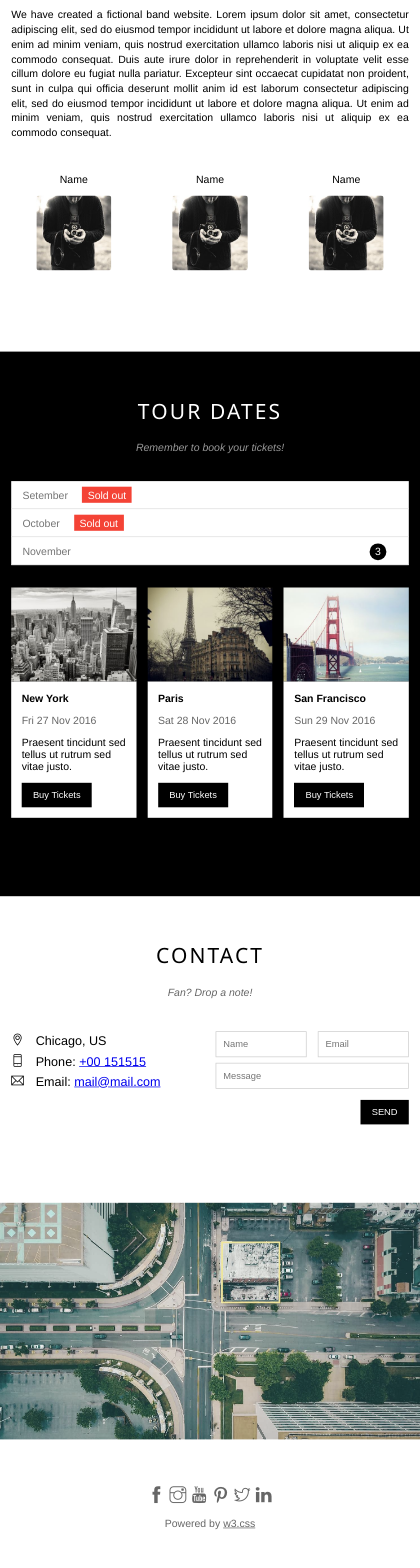
Repository: Lehau79/w3_band
Page: index.html
An editor plug-in stored every save of this project. The page is shown before and after the next save, followed by the edit.
The browser window is 600 px wide. The pictures show the part of the page from y = 496 to 2736 px (the page is 2744 px tall before and 5318 px after), at 70% of full size.

Above is the page before, as saved 2021-11-21 16:48:31.

### index.html
<!DOCTYPE html>
<html lang="en">
<head>
    <meta charset="UTF-8">
    <meta http-equiv="X-UA-Compatible" content="IE=edge">
    <meta name="viewport" content="width=device-width, initial-scale=1.0">
    <title>THE BAND</title>
    <link rel="icon" href="#" type="image/x-icon" />
    <link rel="stylesheet" href="./assets/css/style.css">
    <link rel="stylesheet" href="./assets/css/responsive.css">
    <link rel="stylesheet" href="/assets/font/themify-icons/themify-icons.css">
</head>
<body>
    <div id="main">
        <div id="header">
            <!-- Beign: Nav -->
            <ul id="nav">
                <li><a href="#">Home</a></li>
                <li><a href="#band">Band</a></li>
                <li><a href="#tour">Tour</a></li>
                <li><a href="#contain">Contact</a></li>
                <li>
                    <a href="#">
                        More
                    <i class="nav-arrow-down ti-angle-down"></i>
                    </a>
                    <ul class="subnav">
                        <li><a href="#">Merchandise</a></li>
                        <li><a href="#">Extras</a></li>
                        <li><a href="#">Media</a></li>
                    </ul>
                </li>
            </ul>
            <!-- End: Nav -->

            <!-- Begin: Search button -->
                <div class="search-btn">
                    <i class="search-icon ti-search"></i>
                </div>
            <!-- End: Search button -->

            <!-- Begin: Mobile-menu-btn -->
            <div id="mobile-menu" class="mobile-menu-btn">
                <i class="menu-icon ti-menu"></i>
            </div>
            <!-- End: Mobile-menu-btn -->

        </div>
            <!-- Begin: Slider-->
        <div id="slider">
            <div class="text-content">
                <h2 class="text-heading">Chicago</h2>
                <div class="text-description">Thank you, Chicago - A night we won't forget.</div>
            </div>
        </div>
            <!-- End: Slider -->

            <!-- Begin: Content-->
        <div id="content">

            <!-- Begin: TheBand Section-->
            <div class="content-section" id="band">
                <h2 class="content-heading">THE BAND</h2>
                <p class="content-sub-heading">We love music</p>
                <p class="about-text">We have created a fictional band website. Lorem ipsum dolor sit amet, consectetur adipiscing elit, sed do eiusmod tempor incididunt ut labore et dolore magna aliqua. Ut enim ad minim veniam, quis nostrud exercitation ullamco laboris nisi ut aliquip ex ea commodo consequat. Duis aute irure dolor in reprehenderit in voluptate velit esse cillum dolore eu fugiat nulla pariatur. Excepteur sint occaecat cupidatat non proident, sunt in culpa qui officia deserunt mollit anim id est laborum consectetur adipiscing elit, sed do eiusmod tempor incididunt ut labore et dolore magna aliqua. Ut enim ad minim veniam, quis nostrud exercitation ullamco laboris nisi ut aliquip ex ea commodo consequat.</p>
                <div class="row members-list">
                    <div class="col col-third s-col-full mt-32 text-center">
                        <p class="member-name">Name</p>
                        <img src="./assets/images/Band/Member1.jpg" alt="LVH" class="member-img">
                    </div>
                    <div class="col col-third s-col-full mt-32 text-center">
                        <p class="member-name">Name</p>
                        <img src="./assets/images/Band/Member1.jpg" alt="LVH" class="member-img">
                    </div>
                    <div class="col col-third s-col-full mt-32 text-center">
                        <p class="member-name">Name</p>
                        <img src="./assets/images/Band/Member1.jpg" alt="LVH" class="member-img">
                    </div>
                </div>
            </div>
            <!--End: TheBand Section-->

            <!-- Begin: Tour Section-->
            <div class="tour-section" id="tour">
                <div class="content-section">
                    <h2 class="content-heading text-white">TOUR DATES</h2>
                    <p class="content-sub-heading text-white">Remember to book your tickets!</p>

                    <ul class="tickets-list">
                        <li>Setember <span class="sold-out">Sold out</span></li>
                        <li>October <span class="sold-out">Sold out</span></li>
                        <li>November <span class="sold-quatity">3</span></li>
                    </ul>

                    <!--Begin :Tour Places Section-->
                    <div class="row place-list">
                        <div class="col col-third s-col-full mt-16">
                            <img src="./assets/images/Places/Place1.jpg" alt="New York" class="place-img">
                            <div class="place-body">
                                <h3 class="place-heading">New York</h3>
                                <p class="place-time">Fri 27 Nov 2016</p>
                                <p class="place-desc">Praesent tincidunt sed tellus ut rutrum sed vitae justo.</p>
                                <button class="btn s-full-width js-buy-ticket">Buy Tickets</button>
                            </div>
                        </div>

                        <div class="col col-third s-col-full mt-16">
                            <img src="./assets/images/Places/Place2.jpg" alt="New York" class="place-img">
                            <div class="place-body">
                                <h3 class="place-heading">Paris</h3>
                                <p class="place-time">Sat 28 Nov 2016</p>
                                <p class="place-desc">Praesent tincidunt sed tellus ut rutrum sed vitae justo.</p>
                                <button class="btn s-full-width js-buy-ticket">Buy Tickets</button>
                            </div>
                        </div>

                        <div class="col col-third s-col-full mt-16">
                            <img src="./assets/images/Places/place3.jpg" alt="New York" class="place-img">
                            <div class="place-body">
                                <h3 class="place-heading">San Francisco</h3>
                                <p class="place-time">Sun 29 Nov 2016</p>
                                <p class="place-desc">Praesent tincidunt sed tellus ut rutrum sed vitae justo.</p>
                                <button class="btn s-full-width js-buy-ticket">Buy Tickets</button>
                            </div>
                        </div>


                    </div>
                    <!--End: Tour Places Section-->
                </div>
            </div>
            <!-- End: Tour Place Section-->


            <!-- Begin: Contact Section-->
            <div class="content-section" id="contain" >
                <h2 class="content-heading">CONTACT</h2>
                <p class="content-sub-heading">Fan? Drop a note!</p>

                <div class="row  contact-content">
                    <div class="col col-half s-col-full contact-info">
                        <p><i class="ti-location-pin"></i> Chicago, US</p>
                        <p><i class="ti-mobile"></i>  Phone: <a href="tel:+00 151515">+00 151515</a></p>
                        <p><i class="ti-email"></i> Email: <a href="mailto:mail@mail.com">mail@mail.com</a></p>

                    </div>
                    <div class="col col-half s-col-full contact-form">
                        <form action="">
                            <div class="row">
                                <div class="col col-half s-col-full">
                                    <input type="text" name="" id="" required class="form-control" placeholder="Name">
                                </div>
                                <div class="col col-half s-col-full s-mt-8">
                                    <input type="email" name="" id="" required class="form-control" placeholder="Email">
                                </div>
                            </div>
                            <div class="row mt-8">
                                <div class="col col-full">
                                    <input type="text" name="" id="" required class="form-control" placeholder="Message">
                                </div>
                            </div>
                            <input class="btn s-full-width mt-16 pull-right" type="submit" value="SEND" />
                        </form>
                    </div>
            </div>
            </div>
            <!-- End: Contact Section-->

            <div class="image-section">
                <img src="./assets/images/Map/map.jpg" alt="Map">
            </div>
        </div>
        <!-- End: Content Section-->

        <!-- Begin: Footer-->
        <div id="footer">
            <div class="socials-list">
                <a href=""><i class="ti-facebook"></i></a>
                <a href=""><i class="ti-instagram"></i></a>
                <a href=""><i class="ti-youtube"></i></a>
                <a href=""><i class="ti-pinterest"></i></a>
                <a href=""><i class="ti-twitter"></i></a>
                <a href=""><i class="ti-linkedin"></i></a>
            </div>
            <p class="copyright">Powered by <a href="">w3.css</a></p>
        </div>
        <!--End :Footer-->
    </div>

    <div class="modal js-modal">
        <div class="modal-container js-modal-container">
            <div class="modal-close js-modal-close">
                <i class="ti-close"></i>
            </div>
            <header class="modal-header">
                <i class="modal-heading-icon ti-bag"></i>
                Tickets
            </header>
            <div class="modal-body">
                <label for="ticket-quality" class="modal-label">
                    <i class="ti-shopping-cart"></i>
                    Tickets, $15 per person
                </label>
                <input type="text"  id="ticket-quality" class="modal-input" placeholder="How many?">

                <label for="ticket-email" class="modal-label">
                    <i class="ti-user"></i>
                    Send to
                </label>
                <input type="email"  id="ticket-email" class="modal-input" placeholder="Enter email ......">

                <button class="buy-tickets">
                    Pay <i class="ti-check"></i>
                </button>
            </div>
            <footer class="modal-footer">
                <p class="modal-help">Need
                    <a href="#">help?</a>
                </p>
            </footer>
        </div>
    </div>
    <script>
        /* Begin: Modal */
        const buyBtns = document.querySelectorAll('.js-buy-ticket')
        const modal = document.querySelector('.js-modal')
        const modalClose = document.querySelector('.js-modal-close')
        const modalContainer = document.querySelector('.js-modal-container')
        function showBuyTickets() {
            modal.classList.add('open')
        }

        function hideBuyTickes() {
            modal.classList.remove('open')
        }

        for(const buyBtn of buyBtns) {
            buyBtn.addEventListener('click',showBuyTickets)
        }

        modalClose.addEventListener('click',hideBuyTickes)

        modal.addEventListener('click',hideBuyTickes)

        modalContainer.addEventListener('click', function (event) {
            event.stopPropagation()
        })
        /* End: Modal */

        /* Đóng mở Mobile Menu */
        var header = document.getElementById('header')
        var mobileMenu = document.getElementById('mobile-menu')
        var headerHeight = header.clientHeight;

        mobileMenu.onclick = function() {
            var isClosed = header.clientHeight === headerHeight ;
            if (isClosed){
                header.style.height = "auto";
            }   else {
                header.style.height = null;
            }
        }

        /* Tự động đóng khi chọn menu */
        var menuItems = document.querySelectorAll('#nav li a[href*="#"]');
        for(var i = 0 ; i < menuItems.length; i++) {
            var menuItem = menuItems[i];

            menuItem.onclick = function(event) {
                var isParentMenu = this.nextElementSibling && this.nextElementSibling.classList.contains('subnav');
                if(isParentMenu){
                    event.preventDefault();
                } else {
                    header.style.height= null;
                }

            }
        }

    </script>
</body>
</html>

### assets/css/style.css
* {
    padding: 0;
    margin: 0;
    box-sizing: border-box;
}

html {
    scroll-behavior: smooth;
    font-family: Helvetica, Arial, sans-serif;
}

/* Common */
.clear {
    clear: both;
}

.text-white {
    color: #fff !important;
}

.text-center {
    text-align: center !important;
}

.pull-right {
    float: right !important;
}

.btn {
    color: #fff;
    background-color: #000;
    padding: 10px 16px;
    text-decoration: none;
    display: inline-block;
    margin-top: 15px;
    border: none;
}

.btn:hover {
    color: #000;
    background-color: #ccc;
    cursor: pointer;
}

.row {
    margin-left: -8px;
    margin-right: -8px;
}

.row::after {
    content: "";
    display: block;
    clear: both;
}
.col {
    float: left;
    padding-left: 8px;
    padding-right: 8px;
}

.col-third {
    width: 33.3333%;
}

.col-half {
    width: 50%;
}

.col-full {
    width: 100%;
}

.mt-8 {
    margin-top: 8px !important;
}
.mt-16 {
    margin-top: 16px !important;
}

/* Main */

#header {
    height: 46px;
    background-color: #000;
    position: fixed;
    top: 0px;
    left: 0px;
    right: 0px;
    z-index: 1;
    overflow: hidden;
}

#nav {
    display: inline-block;
}

#nav , .subnav {
    list-style-type: none;
}

#nav > li {
    display: inline-block;
}
#nav li {
    position: relative;
}
#nav > li > a {
    color: #fff;
    text-transform: uppercase;
}
#nav li a {
    text-decoration: none;
    line-height: 46px;
    padding: 0 24px;
    display: block;
}

#nav li:hover .subnav {
    display: block;
}

#nav > li:hover > a,
#nav .subnav li:hover a {
    color: #000;
    background-color: #ccc;
}

#nav .subnav {
    display: none;
    position: absolute;
    min-width: 160px;
    background-color: #fff;
    top: 100%;
    box-shadow: 0px 0px 10px rgba(0 ,0,0,0.5);
}

#nav .subnav a {
    color: #000;
    padding: 0 12px;
    line-height: 38px;
}
#nav .nav-arrow-down {
    font-size: 14px;
}

#header .mobile-menu-btn {
    position: absolute;
    top: 0;
    right: 0;
    display: none;
}

#header .mobile-menu-btn,
#header .search-btn {
    float: right;
    padding: 0px 21px;
}

#header .search-btn:hover {
    cursor: pointer;
    background-color: #f44336;
}

#header .mobile-menu-btn:hover {
    background-color: #ccc;
}

#header .mobile-menu-btn:hover .menu-icon {
    color: #000;
}

#header .menu-icon,
#header .search-icon {
    color: #fff;
    font-size: 20px;
    line-height: 46px;
}

#slider {
    margin-top: 46px;
    padding-top: 50%;
    background: url('/assets/images/Slider/Slider1.jpg') top center / cover no-repeat;
    position: relative;
}

#slider .text-content {
    position: absolute;
    color: #fff;
    bottom: 47px;
    /** Cach 1 : Canh giua
    width: 100%;
    */
    /** Cach 2 : Canh giua
    left: 0;
    right: 0;
     */
    /** Cach 3: Canh giua */
    left: 50%;
    transform: translateX(-50%);
    text-align: center;
}

#slider .text-heading {
    font-weight: 500;
    font-size: 24px;
}

#slider .text-description {
    font-size: 15px;
    margin-top: 25px;

}


#content .content-section{
    width: 800px;
    max-width: 100%;
    padding: 64px 0px 112px;
    margin-left: auto;
    margin-right: auto;
    padding-left: 16px;
    padding-right: 16px;
}
#content .content-heading{
    text-align: center;
    font-size: 30px;
    font-weight: 400;
    letter-spacing: 3px;
    font-family: 'Segoe UI', Arial,sans-serif;
}
#content .content-sub-heading{
    text-align: center;
    margin-top: 23px;
    opacity: 0.6;
    font-style: italic;
    font-size: 15px;
}
#content .about-text{
    text-align:justify;
    margin: 15px 0px;
    font-size: 15px;
    line-height: 1.4;
}

#content .members-list{
    margin-top: 48px;
}


#content .member-name{
    font-size: 15px;
}

#content .member-img{
    margin-top: 15px;
    width: 154px;
    border-radius: 4px;
}

/** Tour */
.tour-section {
    background-color: #000;
}

.tickets-list {
    margin-top: 40px;
    background-color: #fff;
    font-size: 15px;
}

.tickets-list li {
    padding: 8px 16px;
    color: #757575;
    list-style: none;
    padding: 11px 16px;
    border-bottom: 1px solid #ddd;
}

.tickets-list .sold-out {
    margin-left: 16px;
    background-color: #f44336;
    color: #fff;
    padding: 3px 8px;
}

.tickets-list .sold-quatity {
    float: right;
    height: 24px;
    width: 24px;
    background-color: #000;
    color: #fff;
    border-radius: 50%;
    text-align: center;
    line-height: 24px;
    margin-top: -2px;
    margin-right: 16px;
}
/* Place */
.place-list {
    margin-top: 16px;
}


.place-img {
    width: 100%;
    display: block;
}

.place-img:hover {
    opacity: 0.6;
}

.place-body {
    background-color: #fff;
    font-size: 15px;
    padding: 15px;
}

.place-heading {
    font-size: 15px;
    font-weight: 600;
}

.place-time {
    margin-top: 15px;
    opacity: 0.6;
}

.place-desc {
    margin-top: 15px;
}


/* Contact from*/
.contact-content {
    margin-top: 48px;
}

.contact-info {
    font-size: 18px;
    line-height: 1.6;
}

.contact-info i[class*="ti-"] {
    width:30px;
    display: inline-block;
}

.contact-form {
    font-size: 15px;
}

.contact-form .form-control {
    padding: 10px;
    border: 1px solid #ccc;
    width: 100%;
}

.image-section img {
    width: 100%;
    filter: grayscale(50%);
}

#footer {
   padding: 64px 16px;
   text-align: center;
}

#footer .socials-list {
    font-size: 24px;

}

#footer .socials-list a {
    text-decoration: none;
    color: rgba(0 ,0,0,0.6);
}
#footer .copyright a:hover,
#footer .socials-list a:hover {
    color: rgba(0 ,0,0,0.4);
}

#footer .copyright {
    font-size: 15px;
    color: rgba(0 ,0,0,0.6);
    margin-top: 15px;
}

#footer .copyright a {
    color: rgba(0 ,0,0,0.6);
}

/* Modal */
.modal {
    position: fixed;
    top: 0;
    right: 0;
    left: 0;
    bottom: 0;
    background-color: rgba(0 ,0,0,0.5);
    align-items: center;
    justify-content: center;
    display: none;
}

.modal.open {
    display: flex;
}
.modal-container {
    background-color: #fff;
    width: 900px;
    max-width: calc( 100% - 32px );
    min-height: 200px;
    position: relative;
    animation: modalFadeIn ease 0.6s;
}

.modal-header {
    background: #009688;
    height: 130px;
    display: flex;
    align-items: center;
    justify-content: center;
    font-size: 30px;
    color: #fff;
}
.modal-close {
    position: absolute;
    right: 0;
    top: 0;
    color: #fff;
    padding: 12px;
}

.modal-close:hover {
    color:#000;
    background-color: #ccc;
    cursor: pointer;
}

.modal-heading-icon {
    margin-right: 16px;
}

.modal-body {
    padding: 16px;
}

.modal-label {
    display: block;
    font-size: 15px;
    margin-bottom: 12px;
}

.modal-input {
    border: 1px solid #ccc;
    width: 100%;
    padding: 10px;
    font-size: 15px;
    margin-bottom: 24px;
}

.buy-tickets {
    background: #009688;
    color: #fff;
    border: none;
    font-size: 15px;
    width: 100%;
    text-transform: uppercase;
    padding: 18px;
}

.buy-tickets:hover {
    opacity: 0.9;
    cursor: pointer;
}
.modal-footer {
    padding: 16px;
    text-align: right;

}

.modal-footer a {
    color: #2196F3;
}

@keyframes modalFadeIn {
    from {
        transform: translateY(-130px);
        opacity: 0;
    }
    to {
        opacity: 1;
        transform: translateY(0px);
    }
}

### assets/css/responsive.css
/* PC */
@media (min-width:1024px) {

}

/* Tablet */

@media (min-width:740px) and (max-width:1023px) {

}

/* Mobile */
@media (max-width:740px) {
    #header {
        overflow: hidden;
    }

    #header .mobile-menu-btn {
        display: block;
    }

    #header .search-btn {
        display: none;
    }

    #nav {
        display: block;
    }

    #nav li a {
        padding: 1px 24px;
    }

    #nav > li {
        display: block;
    }

    #nav >li:first-child {
        display: inline-block;
    }

    #nav .subnav {
        position: initial;
        background-color: #000;
    }

    #nav .subnav a {
        padding: 5px 41px;
        color: #fff;
    }

    #content .member-item {
        margin-top: 30px;
        width: 100%;
    }

    #content .member-img {
        width: 60%;
    }

}

Loaded but not shown: assets/font/themify-icons/themify-icons.css (common file)

After the next save:
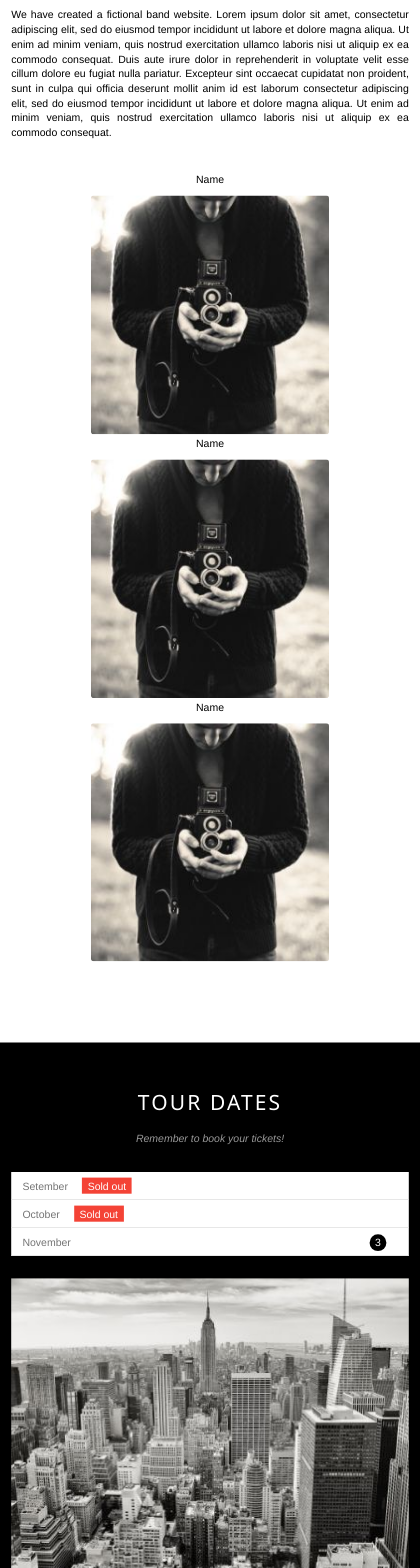
Saved 2 min 25 s later.
--- a/assets/css/responsive.css
+++ b/assets/css/responsive.css
@@ -11,6 +11,10 @@
 
 /* Mobile */
 @media (max-width:740px) {
+    .s-col-full {
+        width: 100%;
+    }
+
     #header {
         overflow: hidden;
     }
